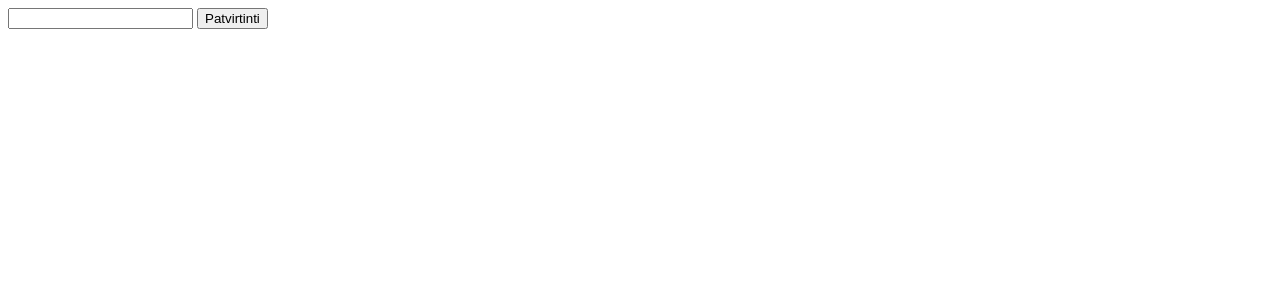
Repository: motiejus1/08-paskaita-PHP-05.31
Page: http://localhost/
The author's editor kept a copy of each file at every save. The page is drawn from the files as they stood at one save, then again after a run of saves.
The browser window is 1280 px wide. The pictures show the whole page.
The page is run by PHP 8.4 with error messages shown; the project is at /var/www/html/.

Above is the page before, as saved 2021-07-31 11:22:36.

### index.php
<!DOCTYPE html>
<html lang="en">
<head>
    <meta charset="UTF-8">
    <meta http-equiv="X-UA-Compatible" content="IE=edge">
    <meta name="viewport" content="width=device-width, initial-scale=1.0">
    <title>08 paskaita</title>
</head>
<body>

<form action="index.php" method="get">
    <input type="text" name="elementas" />
    <button type="submit" name="patvirtinti">Patvirtinti</button>
</form>
    <?php

//1. Sukurkite funkciją, kurią iškvietus, masyvą galima papildyti norimu elementu.
// Masyvas išsaugomas į COOKIE.
//Informacija paimama iš input laukelio. Funkcija iškviečiama paspaudus mygtuką.
    function pridetiElementa() {
        if(isset($_GET["elementas"]) && !empty($_GET["elementas"])) {
            $elementas = $_GET["elementas"];

            //neturetu buti tuscias. T.y. jisai tuscias tik tol kol nera sausainiuko,
            //kai sausainiukas yra, sitas elementas turetu buti sausaniuko reiksme
            // paversta i masyva
            $elementuMasyvas = array();
            array_push($elementuMasyvas, $elementas);

            // masyvas isaugotas i COOKIE. I cookie mes galime isaugoti tiktai teksta
            //explode - pavercia teksta i masyva
            //implode - funkcija kuri masyva paverstu i teksta
            setcookie("elementas",implode("|", $elementuMasyvas));

        }
    }

    //toks kodas veikia tik paspaudus mygtuka
    if(isset($_GET["patvirtinti"])) {
        pridetiElementa();
    }


    ?>


</body>
</html>

After the next 4 saves:
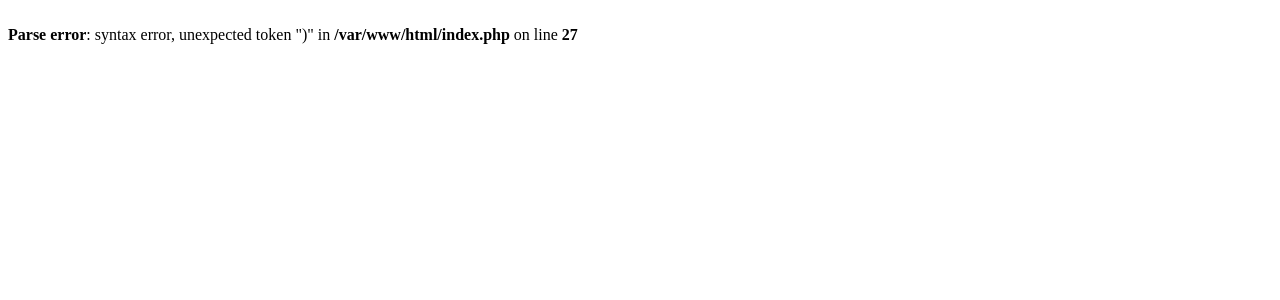
The 4 saves are shown as one change because they came seconds apart.
The last was saved 15 s later.
--- a/index.php
+++ b/index.php
@@ -24,6 +24,7 @@
             //neturetu buti tuscias. T.y. jisai tuscias tik tol kol nera sausainiuko,
             //kai sausainiukas yra, sitas elementas turetu buti sausaniuko reiksme
             // paversta i masyva
+            if(isset())
             $elementuMasyvas = array();
             array_push($elementuMasyvas, $elementas);
 

After the 2 saves that followed:
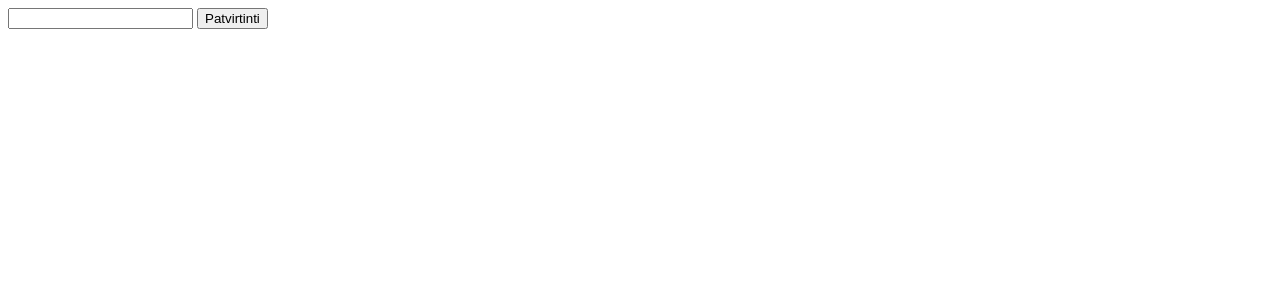
The 2 saves are shown as one change because they came seconds apart.
The last was saved 6 s later.
--- a/index.php
+++ b/index.php
@@ -24,7 +24,7 @@
             //neturetu buti tuscias. T.y. jisai tuscias tik tol kol nera sausainiuko,
             //kai sausainiukas yra, sitas elementas turetu buti sausaniuko reiksme
             // paversta i masyva
-            if(isset())
+            if(isset($_COOKIE[""]))
             $elementuMasyvas = array();
             array_push($elementuMasyvas, $elementas);
 
